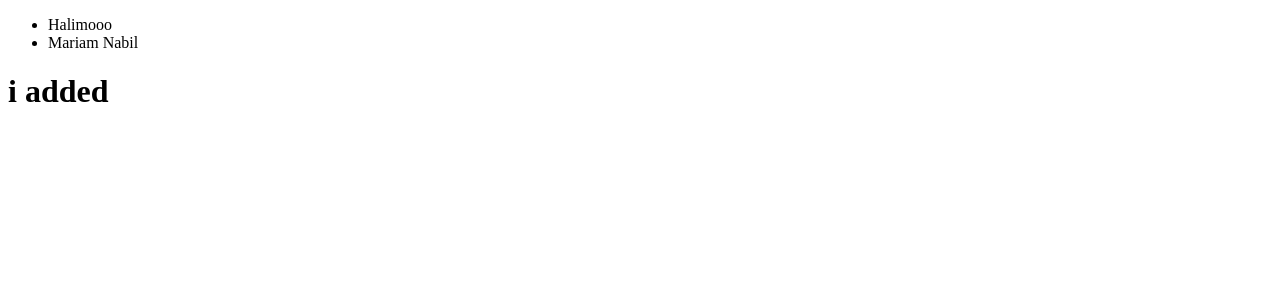
Repository: mahmoudmohamedabdo/lab2_Source-Cuntroll
Page: index.html
The author's editor kept a copy of each file at every save. The page is drawn from the files as they stood at one save, then again after a run of saves.
The browser window is 1280 px wide. The pictures show the whole page.

Above is the page before, as saved 2025-04-09 13:34:25.

### index.html
<!DOCTYPE html>
<html lang="en">
<head>
    <meta charset="UTF-8">
    <meta name="viewport" content="width=device-width, initial-scale=1.0">
    <title>Document</title>
</head>
<body>
    <ul>
        <li> Halimooo</li>
        <li> Mariam Nabil </li>
    </ul>
    <h1>i added </h1>
</body>
</html>

After the next 3 saves:
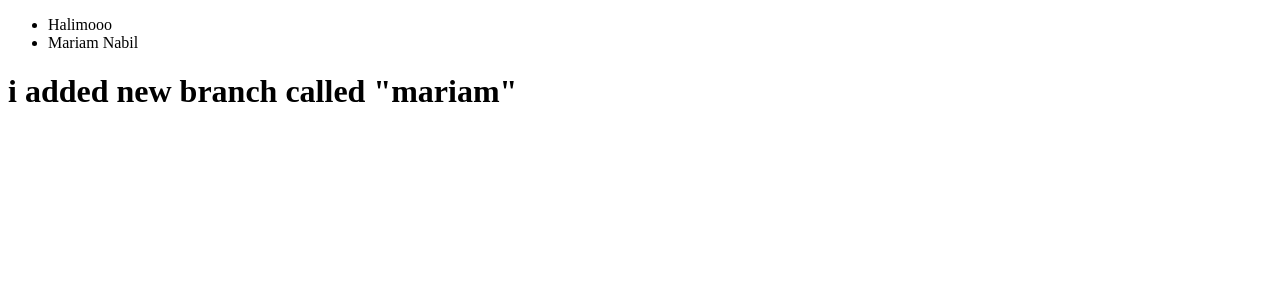
The 3 saves are shown as one change because they came seconds apart.
The last was saved 17 s later.
--- a/index.html
+++ b/index.html
@@ -10,6 +10,6 @@
         <li> Halimooo</li>
         <li> Mariam Nabil </li>
     </ul>
-    <h1>i added </h1>
+    <h1>i added new branch called "mariam" </h1>
 </body>
 </html>
